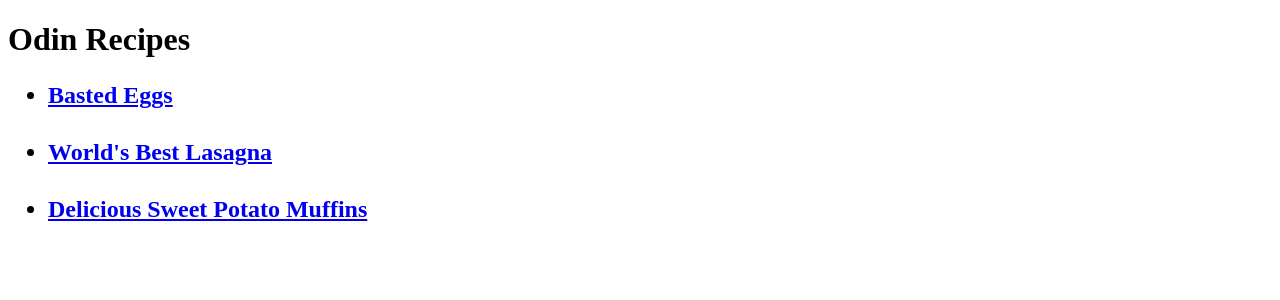
Repository: rickypcyt/odinproyect-recipes-web
Page: index.html
An editor plug-in stored every save of this project. The page is shown before and after the next save, followed by the edit.
The browser window is 1280 px wide. The pictures show the whole page.

Above is the page before, as saved 2022-09-20 17:42:12.

After the next save:
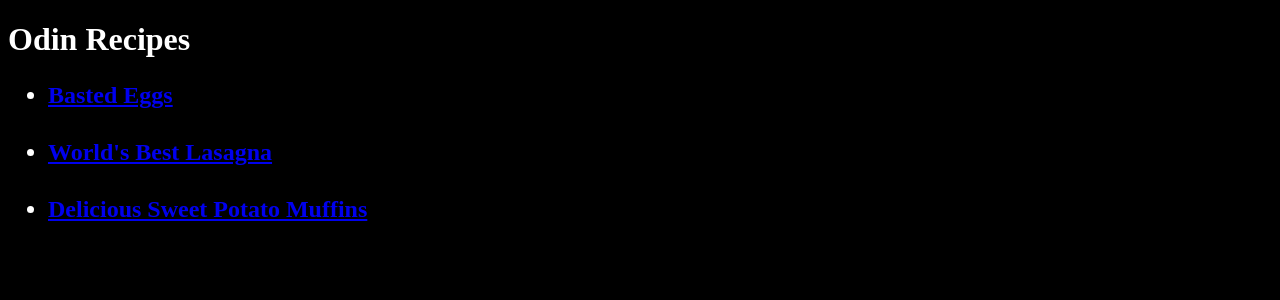
Saved 50 s later.
--- a/styles.css
+++ b/styles.css
@@ -1,4 +1,4 @@
-div {
+body {
   color: white;
   background-color: black;
 }
